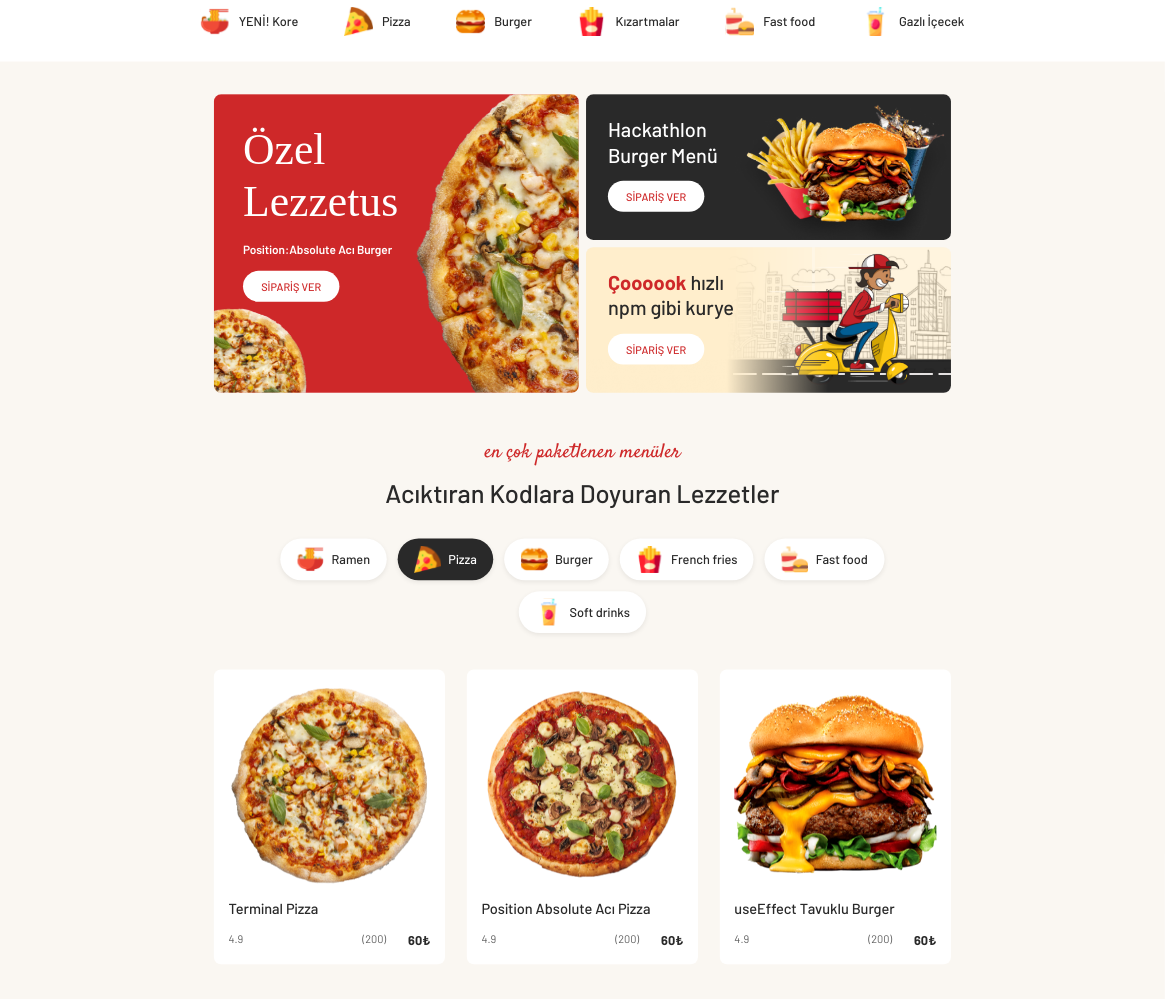
Repository: GozdeAybey/Pizza-HTML-CSS
Page: index.html
An editor plug-in stored every save of this project. The page is shown before and after the next save, followed by the edit.
The browser window is 1280 px wide. The pictures show the part of the page from y = 737 to 1835 px (the page is 2247 px tall before and 2185 px after), at 91% of full size.
A picture or video elsewhere on the page could not be fetched, so the positions and the page height are approximate. Some web fonts or font styles are not loaded; a fallback is used.

Above is the page before, as saved 2026-10-28 15:49:11.

After the next save:
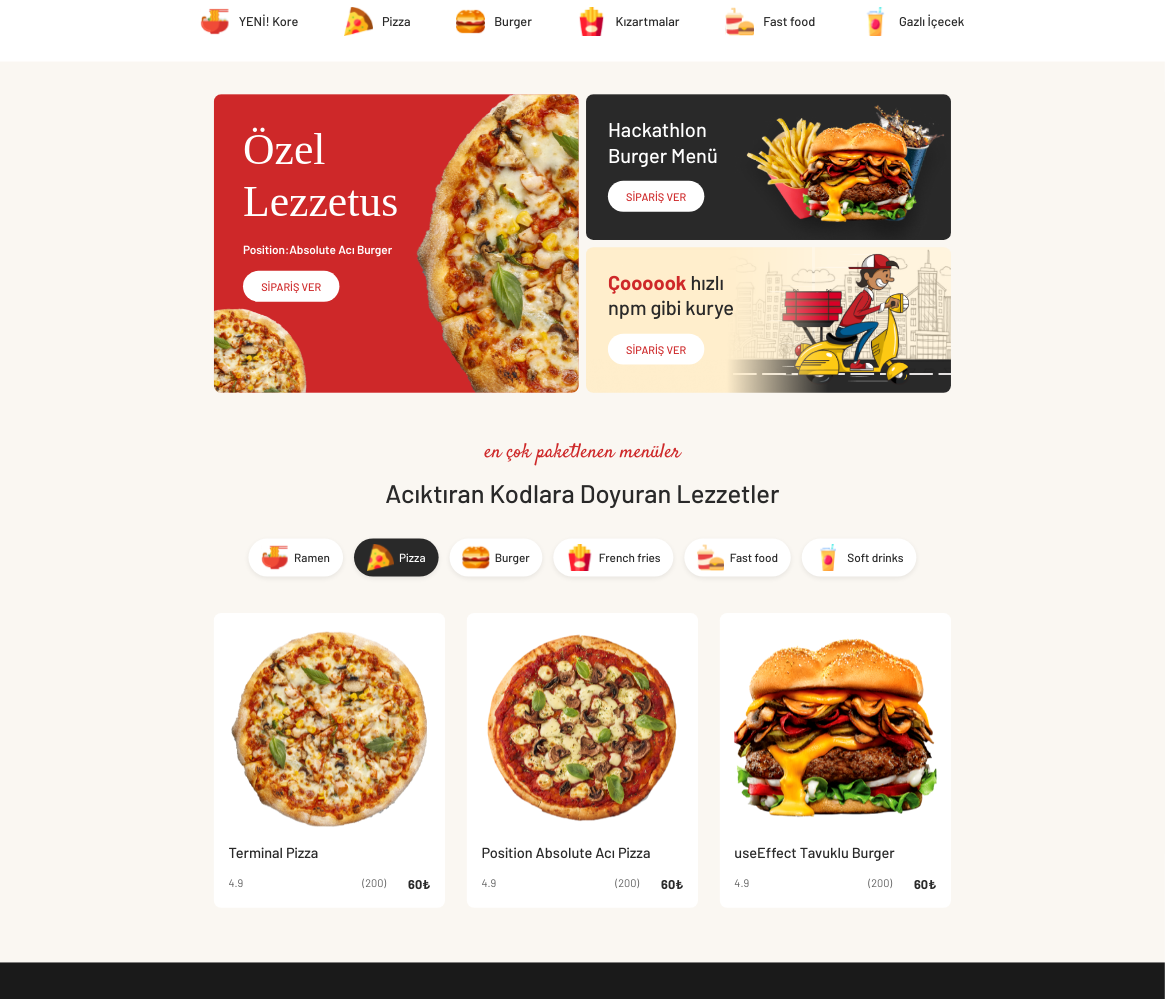
Saved 94 s later.
--- a/style.css
+++ b/style.css
@@ -224,14 +224,14 @@ a {
 .filtreler button {
   display: flex;
   align-items: center;
-  gap: 8px;
-  padding: 8px 18px;
+  padding: 6px 14px;
+  gap: 6px;
+  font-size: 13px;
   border: none;
   border-radius: 50px;
   background-color: #fff;
   box-shadow: 0 2px 6px rgba(0, 0, 0, 0.08);
   font-family: inherit;
-  font-size: 14px;
   font-weight: 500;
   color: var(--gray-dark);
   cursor: pointer;
